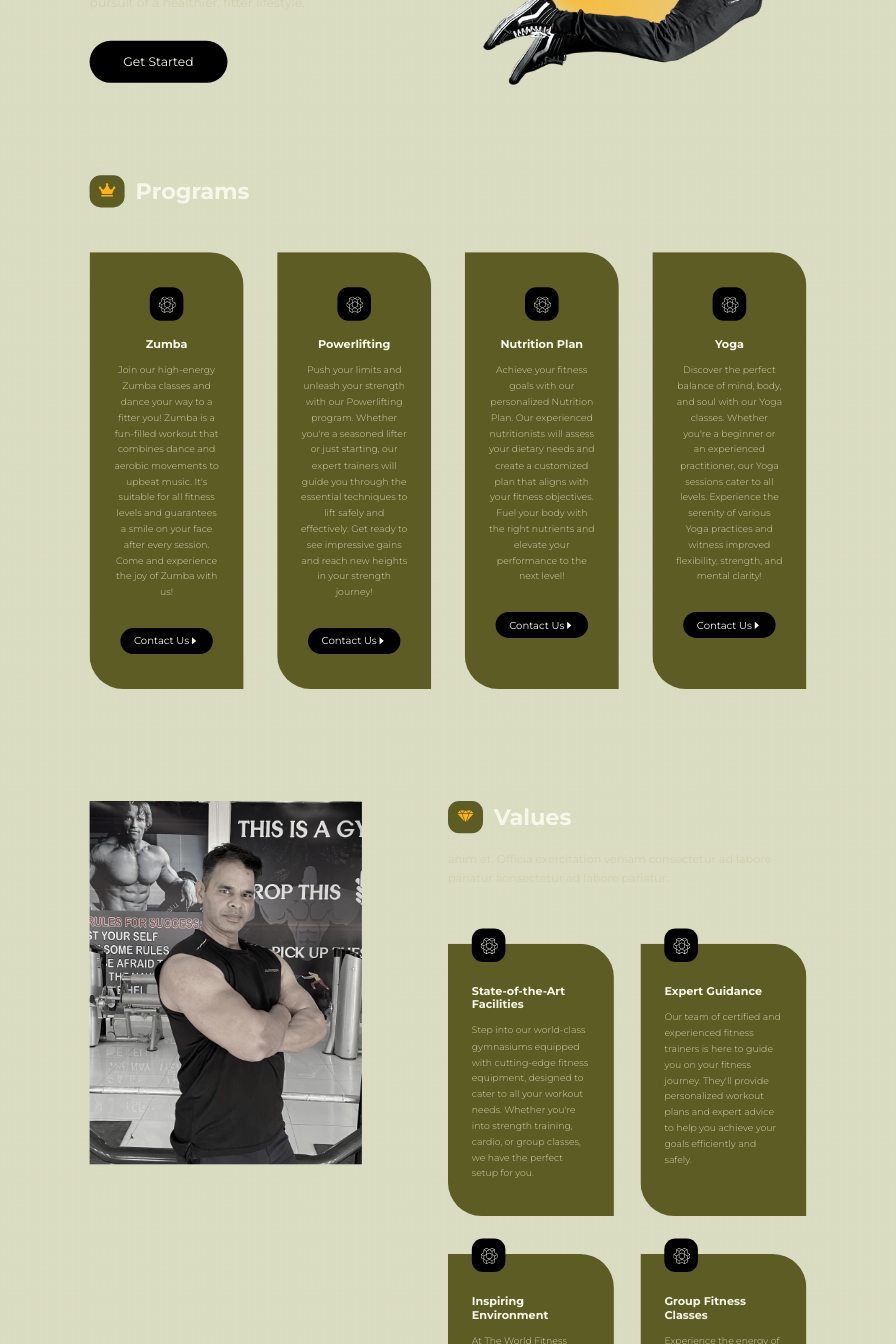
Repository: aryaMode/gym-portfolio
Page: /
The author's editor kept a copy of each file at every save. The page is drawn from the files as they stood at one save, then again after the next save.
The browser window is 1280 px wide. The pictures show the part of the page from y = 526 to 2446 px (the page is 4873 px tall), at 70% of full size.
The project was rebuilt for these pictures with package versions that can differ from the ones it lists, and the page was loaded fresh each time. Also part of the build but not shown: src/pages/about/about.css, src/components/Header.jsx, src/pages/about/About.jsx, src/pages/contact/contact.css, src/pages/contact/Contact.jsx, src/pages/gallery/gallery.css, src/pages/gallery/Gallery.jsx, src/pages/notFound/notFound.css and 6 more.

Above is the page before, as saved 2023-07-20 17:39:13.

### public/index.html
<!DOCTYPE html>
<html lang="en">

<head>
    <meta charset="UTF-8">
    <meta http-equiv="X-UA-Compatible" content="IE=edge">
    <meta name="viewport" content="width=device-width, initial-scale=1.0">
    <title>Portfolio Website</title>
    <!-- GOOGLE FONTS (montserrat) -->
    <link href="https://fonts.googleapis.com/css2?family=Montserrat:wght@300;400;500;600;700&display=swap"
        rel="stylesheet">
</head>

<body>
    <div id="root"></div>
</body>

</html>

### src/App.jsx
// rafce -> shortcut to create component and export
import { BrowserRouter, Routes, Route } from "react-router-dom";
import React from "react";
import Home from "./pages/home/Home";
import About from "./pages/about/About";
import Contact from "./pages/contact/Contact";
import Gallery from "./pages/gallery/Gallery";
import NotFound from "./pages/notFound/NotFound";
import Plans from "./pages/plans/Plans";
import Trainers from "./pages/trainers/Trainers";
import Navbar from "./components/Navbar";
import Footer from "./components/Footer";

const App = () => {
	return (
		<BrowserRouter>
			<Navbar />
			<Routes>
				<Route index element={<Home />} />
				<Route path="about" element={<About />} />
				<Route path="contact" element={<Contact />} />
				<Route path="gallery" element={<Gallery />} />
				<Route path="plans" element={<Plans />} />
				<Route path="trainers" element={<Trainers />} />
				<Route path="*" element={<NotFound />} />
			</Routes>
			<Footer />
		</BrowserRouter>
	);
};

export default App;

### src/index.css
 *, *::before, *::after{
    margin: 0;
    padding: 0;
    border: 0;
    outline: 0;
    list-style: none;
    text-decoration: none;
    box-sizing: border-box;
 }

 /* CSS Global variable starts with :root {...} check w3school docs for more  info */
 :root{
    --primary-hue: 210;
    --gray-hue: 60;
    /* hsl (hue, saturation, lightness) */
    --color-primary: black;
    --color-primary-variant: hsl(var(--primary-hue), 100%, 65%);
    --color-secondary: #ffb116;
    --color-gray-100: hsl(var(--gray-hue), 47%, 94%); /*almost white colour lightness is almost 100%*/
    --color-gray-200: hsl(var(--gray-hue), 26%, 75%);
    --color-gray-300: hsl(var(--gray-hue), 24%, 64%);
    --color-gray-400: hsl(var(--gray-hue), 16%, 41%);
    --color-gray-500: hsl(var(--gray-hue), 44%, 25%);
    --color-gray-600: hsl(var(--gray-hue), 48%, 15%);

    --container-width-lg: 80%;
    --container-width-md: 90%;

    --transition: all 500ms ease; /* make sure all transition have a constant effect*/
 }

  /******************** GENERAL STYLES ********************/
  body{
    font-family: "Montserrat", sans-serif;
    color: var(--color-gray-200);
    line-height: 1.7;
    overflow-x: hidden;
    background: rgb(218, 220, 194) url(./images/bg_texture.png);
  }

  .container{
    width: var(--container-width-lg);
    max-width: 1920px;
    margin-inline: auto;
  }

  h1, h2, h3, h4, h5 {
    line-height: 1.2;
    color: var(--color-gray-100);
  }

  h1 {
    font-size: 3rem;
  }

  h2 {
    font-size: 2rem ;
  }

  a {
    color: var(--color-gray-100);
  }

  img{
    display: block;
    object-fit: cover;
    width: 100%;
}

.btn {
    color: var(--color-gray-100);
    width: fit-content;
    margin: 0 auto;
    padding: 0.9rem 2rem;
    background: var(--color-primary);
    border-radius: 1.5rem;
    transition: var(--transition);
}

.btn:hover {
    background: var(--color-secondary);
    color: var(--color-gray-600);
}

.btn.lg {
    padding: 1.2rem 3rem;
    border-radius: 2rem;
    font-size: 1.1rem;
}

.btn.sm {
    padding: 0.4rem 1.2rem;
    font-size: 0.9rem;
}

.btn.sm:hover {
    background: var(--color-gray-100);
}

/******************** SECTION REUSABLE STYLES ********************/
section {
    margin-top: 10rem;
}

.section__head {
    display: flex;
    align-items: center;
    gap: 1rem;
}

.section__head span {
    background: var(--color-gray-500);
    padding: 0.3rem 0.8rem 0;
    border-radius: 1rem;
    color: var(--color-secondary);
    font-size: 1.5rem;
}

.card {
    background: var(--color-gray-500);
    border: 2px solid transparent;
    text-align: center;
    padding: 3rem 2rem;
    border-radius: 0 3rem 0 3rem;
    transition: var(--transition);
}

.card:hover {
    background: transparent;
    border-color: var(--color-gray-400);
    cursor: default;
}

.card span {
    width: 3rem;
    height: 3rem;
    background: var(--color-primary);
    color: var(--color-gray-100);
    font-size: 1.5rem;
    padding: 0.8rem;
    display: grid;
    place-items: center;
    margin-bottom: 1.5rem;
    margin-inline: auto;
    border-radius: 1rem;
    transition: var(--transition);
}

.card:hover span {
    background: var(--color-secondary);
    color: var(--color-gray-500)
}

.card small {
    margin-top: 1rem;
    display: block;
    font-weight: 300;
}

.header {
    margin-top: 5rem;
    height: 20rem;
    overflow: hidden;
    border-bottom: 2px solid var(--color-gray-400);
}

.header__container {
    width: 100%;
    height: 100%;
    position: relative;
    display: grid;
    place-items: center;
    background: #0000;
}

.header__container-lg {
    position: absolute;
    width: 100%;
}

.header__container-lg img {
    opacity: 0.5;
}

.header__content {
    position: relative;
    width: 44%;
    margin: 0 auto;
    text-align: center;
    color: var(--color-gray-100);
}

.header__content h2 {
    margin-bottom: 1rem;
}

.header__content p {
    color: rgba(255, 255, 255, 0.7, green, blue, alpha);
}






/******************** MEADIA QUERIES (medium screens) ********************/
@media screen and (max-width: 1024px) {
    .container {
        width: var(--container-width-md);
    }

    h1 {
        font-size: 2rem;
    }

    h2 {
        font-size: 1.6rem;
    }

    .header__content {
        width: 76%;
    }
}

/******************** MEADIA QUERIES (small screens) ********************/
@media screen and (max-width: 600px) {
    h1 {
        font-size: 2.2rem;
        line-height: 1.3;
    }

    section {
        margin-top: 7rem;
    }

    .header {
        height: fit-content;
    }

    .header__content {
        width: var(--container-width-md);
        padding: 3rem 0;
    }

    .header__content p {
        font-size: 0.85rem;
    }
}

### src/pages/home/Home.jsx
import React from "react";
import "./home.css";
import MainHeader from "../../components/MainHeader";
import Program from "../../components/Program";
import Values from "../../components/Values";
import FAQs from "../../components/FAQs";
import Testimonial from "../../components/Testimonial";
// import Footer from "../../components/Footer";

const Home = () => {
	return (
		<>
			<MainHeader />
			<Program />
			<Values />
			<FAQs />
			<Testimonial />
			{/* <Footer /> comment this out so footer wount be double */}
		</>
	);
};

export default Home;

### src/components/Navbar.jsx
import { useState } from "react";
import {logoName} from "../data";
import { Link, NavLink } from "react-router-dom";
// NavLink comes with an isactive prop which we can use to detect which page we on
// so we can have a special style for that link
import React from "react";
import Logo from "../images/logo.png";
import { links } from "../data";
import { GoThreeBars } from "react-icons/go";
import { MdOutlineClose } from "react-icons/md";
import "./navbar.css";

const Navbar = () => {
	const [isNavShowing, setIsNavShowing] = useState(false);

	const handleNavToggle = () => {
		return setIsNavShowing((prevVAlue) => {
			return !prevVAlue;
		});
	};

	return (
		<nav>
			<div className="container nav__container">
				<Link to="/" className="logo" onClick={handleNavToggle}>
					{/* <img src={Logo} alt="Nav-logo" /> */}
					<div>{logoName}</div>
				</Link>
				<ul
					className={`nav__links ${isNavShowing ? "show__nav" : "hide__nav"}`}
				>
					{/* Destructure the links array of object from the links to get each item */}
					{links.map(({ name, path }, index) => {
						return (
							<li key={index}>
								<NavLink
									to={path}
									className={({ isActive }) => (isActive ? "active-nav" : "")}
									onClick={handleNavToggle}
								>
									{name}
								</NavLink>
							</li>
						);
					})}
				</ul>
				<button onClick={handleNavToggle} className="nav__toggle-btn">
					{isNavShowing ? <MdOutlineClose /> : <GoThreeBars />}
				</button>
			</div>
		</nav>
	);
};

export default Navbar;

// export PATH=$PATH:/home/daveworld/bin

### src/components/Footer.jsx
import React from "react";
import { Link } from "react-router-dom";
import {logoName} from "../data";
import Logo from "../images/logo.png";
import { FaYoutube } from "react-icons/fa";
import { FaFacebookF } from "react-icons/fa";
import { AiOutlineTwitter } from "react-icons/ai";
import { AiFillInstagram } from "react-icons/ai";

const Footer = () => {
	return (
		<footer>
			<div className="container footer__container">
				<article>
					<Link to="/" className="logo">
						{/* <img src={Logo} alt="Footer Logo" /> */}
					{logoName}
					</Link>
					<p>
						Consectetur non nostrud enim nostrud est culpa ullamco incididunt
						nisi. Consectetur non nostrud enim nostrud est culpa ullamco
						incididunt nisi.
					</p>
					<div className="footer__socials">
						<a
							href="https://youtube.com/@Thesandeep325"
							target="_blank"
							rel="noreferrer noopener"
						>
							<FaYoutube />
						</a>
						<a
							href="https://www.facebook.com/profile.php?id=100000823973714&mibextid=LQQJ4d"
							target="_blank"
							rel="noreferrer noopener"
						>
							<FaFacebookF />
						</a>

						<a
							href="https://instagram.com/the_world_fitness_zone_?igshid=MzRlODBiNWFlZA=="
							target="_blank"
							rel="noreferrer noopener"
						>
							<AiFillInstagram />
						</a>
					</div>
				</article>
				<article>
					<h4>Permalinks</h4>
					<Link to="/about">About</Link>
					<Link to="/plans">Plans</Link>
					<Link to="/trainers">Trainers</Link>
					<Link to="/gallery">Gallery</Link>
					<Link to="/contact">Contact</Link>
				</article>
				<article>
					<h4>Insights</h4>
					<Link to="/s">Blog</Link>
					<Link to="/s">Case Studies</Link>
					<Link to="/s">Events</Link>
					<Link to="/s">Communities</Link>
					<Link to="/constact">FAQs</Link>
				</article>
				<article>
					<h4>Get In Touch</h4>
					<Link to="/contact">Plans</Link>
					<Link to="/s">Trainers</Link>
				</article>
			</div>
			<br />
			<br />
			<br />
			<br />
		</footer>
	);
};

export default Footer;

### src/components/MainHeader.jsx
import React from "react";
import { Link } from "react-router-dom";
import Image from "../images/main_header.png";

const MainHeader = () => {
	return (
		<header className="main__header">
			<div className="container main__header-container">
				<div className="main__header-left">
					<h4>Welcome to The World Fitness Zone, Karnal!</h4>
					<h1>Unleash Your Potential with The World Fitness Zone

</h1>
					<p>
					Are you ready to take your fitness journey to the next level? Look no further than The World Fitness Zone - Karnal's premier fitness destination. We are not just a gym; we are a community of fitness enthusiasts who believe in the power of transformation and the pursuit of a healthier, fitter lifestyle.
					</p>
					<Link to="/contact" className="btn lg">
						Get Started
					</Link>
				</div>
				<div className="main__header-right">
					<div className="main__header-circle"></div>
					<div className="main__header-image">
						<img src={Image} alt="MainHeaderImage" />
					</div>
				</div>
			</div>
		</header>
	);
};

export default MainHeader;

### src/components/Program.jsx
import React from "react";
import { FaCrown } from "react-icons/fa";
import SectionHead from "./SectionHead";
import { programs } from "../data";
import Card from "../UI/Card";
import { Link } from "react-router-dom";
import { AiFillCaretRight } from "react-icons/ai";

const Program = () => {
	return (
		<section className="programs">
			<div className="container programs container">
				<SectionHead icon={<FaCrown />} title="Programs" />

				<div className="program__wrapper">
					{programs.map(({ id, icon, title, info, path }) => {
						return (
							<Card className="programs__program" key={id}>
								<span>{icon}</span>
								<h4>{title}</h4>
								<small>{info}</small>
								<Link to={path} className="btn sm">
									Contact Us <AiFillCaretRight />
								</Link>
							</Card>
						);
					})}
				</div>
			</div>
		</section>
	);
};

export default Program;

### src/components/Values.jsx
import React from "react";
import Image from "../images/values.jpg";
import SectionHead from "./SectionHead";
import { GiCutDiamond } from "react-icons/gi";
import { values } from "../data";
import Card from "../UI/Card";

const Values = () => {
	return (
		<section className="values">
			<div className="container values__container">
				<div className="values__left">
					<div className="values__image">
						<img src={Image} alt="values Image" />
					</div>
				</div>
				<div className="values__right">
					<SectionHead icon={<GiCutDiamond />} title="Values" />
					<p>
						anim et. Officia exercitation veniam consectetur ad labore pariatur
						aonsectetur ad labore pariatur.
					</p>
					<div className="values__wrapper">
						{values.map(({ id, icon, title, desc }) => {
							return (
								<Card className="values__value" key={id}>
									<span>{icon}</span>
									<h4>{title}</h4>
									<small>{desc}</small>
								</Card>
							);
						})}
					</div>
				</div>
			</div>
		</section>
	);
};

export default Values;

### src/components/FAQs.jsx
import React from "react";
import { FaQuestion } from "react-icons/fa";
import { faqs } from "../data";
import FAQ from "./FAQ";
import SectionHead from "./SectionHead";
const FAQs = () => {
	return (
		<section className="faqs">
			<div className="container faqs__container">
				<SectionHead icon={<FaQuestion />} title="FAQs" />
				<div className="faqs__wrapper">
					{faqs.map(({ id, question, answer }) => {
						return <FAQ key={id} question={question} answer={answer} />;
					})}
				</div>
			</div>
		</section>
	);
};

export default FAQs;

### src/components/Testimonial.jsx
import React, { useState } from "react";
import SectionHead from "./SectionHead";
import { ImQuotesLeft } from "react-icons/im";
import Card from "../UI/Card";
import {
	IoIosArrowDropleftCircle,
	IoIosArrowDroprightCircle,
} from "react-icons/io";
import { testimonials } from "../data";

const Testimonial = () => {
	const [index, setIndex] = useState(0);
	const { name, quote, job, avatar } = testimonials[index];

	const handlePreviousTestimonial = () => {
		setIndex((prevValue) => {
			return prevValue - 1;
		});
		if (index <= 0) {
			setIndex(testimonials.length - 1);
		}
	};
	const handleAfterTestimonial = () => {
		setIndex((prevValue) => {
			return prevValue + 1;
		});
		if (index >= testimonials.length - 1) {
			setIndex(0);
		}
	};

	return (
		<section className="testimonials">
			<div className="container testimonial__container">
				<SectionHead
					icon={<ImQuotesLeft />}
					title="Testimonials"
					className="testimonials__head"
				/>
				<Card className="testimonial">
					<div className="testimonial__avatar">
						<img src={avatar} alt={name} />
					</div>
					<p className="testimonial__quote">{`"${quote}"`}</p>
					<h5>{name}</h5>
					<small className="testimonial__title">{job}</small>
				</Card>
				<div className="testimonial__btn-container">
					<button
						className="testimonials__btn"
						onClick={handlePreviousTestimonial}
					>
						<IoIosArrowDropleftCircle />
					</button>
					<button
						className="testimonials__btn"
						onClick={handleAfterTestimonial}
					>
						<IoIosArrowDroprightCircle />
					</button>
				</div>
			</div>
		</section>
	);
};

export default Testimonial;

### src/UI/Card.jsx
import React from "react";

const Card = ({ className, children }) => {
	return <article className={`card ${className}`}>{children}</article>;
};

export default Card;

### src/components/navbar.css
nav{
    height: 5rem;
    width: 100vw; /*100% of the window/browser*/
    background: var(--color-primary);
    display: grid;
    place-items: center;
    position: fixed; /*commnt this to see hiden layers*/
    top: 0;
    left: 0;
    z-index: 99; /* makes sure it sit on all items*/
}

/* Only show on medium and small screens */
.nav__toggle-btn {
    display: none;
}

.nav__container {
    height: 100%;

    display: flex;
    justify-content: space-between;
    align-items: center;
    position: relative;
}

.logo{
    width: 50vw;
    font-size: 1rem;
    font-weight: bold;
    margin-right: 50px;
    display: flex;
}

.nav__links{
    display: flex;
    gap: 3.5rem;
    align-items: center;
}

.nav__links a {
    transition: var(--transition);
}

.nav__links a:hover {
    color: var(--color-secondary);
}

.active-nav {
    position: relative;
}

.active-nav::after{
    content: "";
    display: block;
    width: 1.2rem;
    height: 1.2rem;
    background-color: var(--color-primary);
    position: absolute;
    left: calc(50% - 0.6rem);
    transform: rotate(45deg);
    margin-top: 0.9rem;
}

 /******************** MEDIA QUERIES (mesium and small screens) ********************/
 @media screen and (max-width: 1024px) {
    .nav__toggle-btn {
        display: inline-block;
        background: transparent;
        font-size: 1.8rem;
        cursor: pointer;
    }

    .nav__toggle-btn svg{
        color: var(--color-gray-100);
    }

    .nav__links {
        position: absolute;
        top: 100%;
        right: 0;
        flex-direction: column;
        gap: 0;
        perspective: 400px;
    }

    .active-nav {
        display: none;
    }

    .active-nav, .active-nav::after{
        display: none;
    }

    .nav__links li {
        height: 4rem;
        width: 100%;
        box-shadow: -2rem 2rem 5rem rgba(0, 0, 0, 0.5);
        animation: navAnimation 600ms ease forwards;
        transform: rotateX(90deg);
        opacity: 0;
        transform-origin: top;
    }

    .nav__links li:nth-child(2) {
        animation-delay: 200ms;
    }
    .nav__links li:nth-child(3) {
        animation-delay: 400ms;
    }
    .nav__links li:nth-child(4) {
        animation-delay: 600ms;
    }
    .nav__links li:nth-child(5) {
        animation-delay: 800ms;
    }
    .nav__links li:nth-child(6) {
        animation-delay: 1s;
    }
    .nav__links li:nth-child(7) {
        animation-delay: 1.2s;
    }

    @keyframes navAnimation {
        to {
            transform: rotateX(0);
            opacity: 1;
        }
    }

    .nav__links li a {
        background-color: var(--color-primary);
        height: 100%;
        width: 100%;
        display: flex;
        align-items: center;
        padding: 1rem 5rem 1rem 3rem;
    }

    .show__nav {
        display: flex;
    }

    .hide__nav {
        display: none;
    }

 }

### src/components/SectionHead.jsx
import React from "react";

// A reuseable component for each section name
const SectionHead = ({ icon, title, className }) => {
	return (
		<div className={`section__head ${className}`}>
			<span>{icon}</span>
			<h2>{title}</h2>
		</div>
	);
};

export default SectionHead;

### src/components/FAQ.jsx
import React, { useState } from "react";
import { AiOutlinePlus } from "react-icons/ai";
import { AiOutlineMinus } from "react-icons/ai";

const FAQ = ({ question, answer }) => {
	const [isAnswerShowing, setIsAnswerShowing] = useState(false);

	const handleFAQ = () => {
		return setIsAnswerShowing((prevValue) => {
			return !prevValue;
		});
	};

	return (
		<article className="faq" onClick={handleFAQ}>
			<div>
				<h4>{question}</h4>
				<button className="faq__icon">
					{isAnswerShowing ? <AiOutlineMinus /> : <AiOutlinePlus />}
				</button>
			</div>
			{isAnswerShowing && <p>{answer}</p>}
		</article>
	);
};

export default FAQ;

Loaded but not shown: src/index.js (common file); src/data.js (331 lines, source omitted); src/pages/home/home.css (412 lines, source omitted)

After the next save:
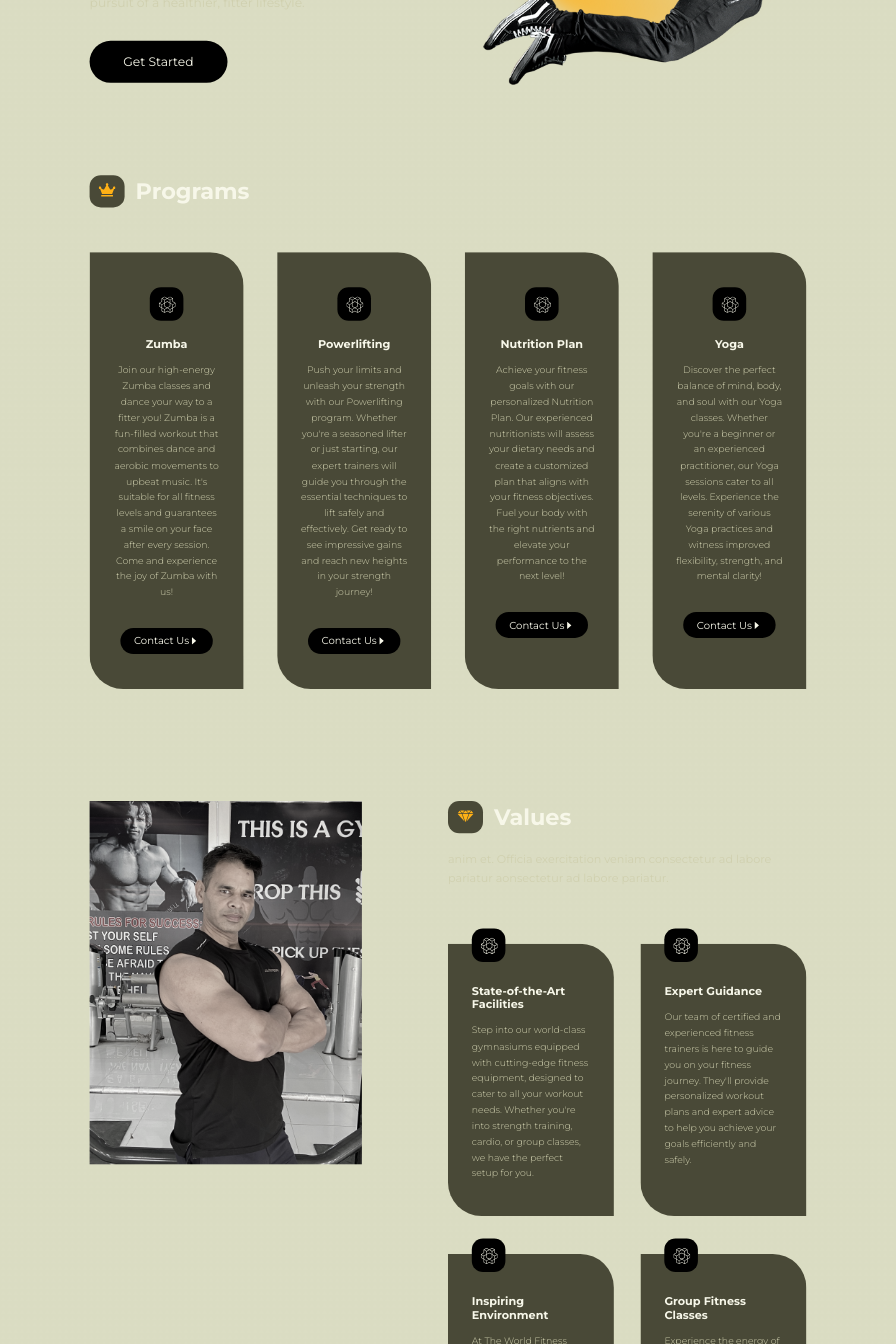
Saved 6 s later.
--- a/src/index.css
+++ b/src/index.css
@@ -20,7 +20,7 @@
     --color-gray-200: hsl(var(--gray-hue), 26%, 75%);
     --color-gray-300: hsl(var(--gray-hue), 24%, 64%);
     --color-gray-400: hsl(var(--gray-hue), 16%, 41%);
-    --color-gray-500: hsl(var(--gray-hue), 44%, 25%);
+    --color-gray-500: hsl(var(--gray-hue), 14%, 25%);
     --color-gray-600: hsl(var(--gray-hue), 48%, 15%);
 
     --container-width-lg: 80%;
